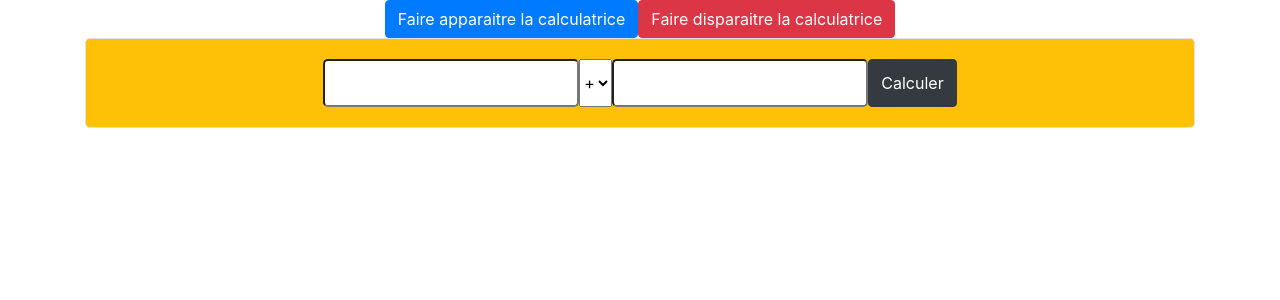
Repository: julieLyM/calculatrice
Page: calculatrice.html
The author's editor kept a copy of each file at every save. The page is drawn from the files as they stood at one save, then again after the next save.
The browser window is 1280 px wide. The pictures show the whole page.

Above is the page before, as saved 2020-12-08 15:18:09.

### calculatrice.html
<!DOCTYPE html>
<html lang="fr">
  <head>
    <meta charset="UTF-8">
    <meta name="viewport" content="width=device-width, initial-scale=1.0">
		<link rel="stylesheet" href="https://cdn.jsdelivr.net/npm/bootstrap@4.5.3/dist/css/bootstrap.min.css" integrity="sha384-TX8t27EcRE3e/ihU7zmQxVncDAy5uIKz4rEkgIXeMed4M0jlfIDPvg6uqKI2xXr2" crossorigin="anonymous">

    <title>exercice calculatrice</title>
  </head>
  <body>
    <div class="container-fluid">
      <div class="container">

        <div class="row justify-content-center" style="margin: 0 auto; text-align:center">
            <button class="btn btn-primary" id="appear" >Faire apparaitre la calculatrice </button>
            <button class="btn btn-danger" id="disapear">Faire disparaitre la calculatrice</button>
        </div>


        <div class="row justify-content-center border bg-warning w-100 rounded-lg" id="blocCal"  style="padding: 20px;margin: 0px auto; text-align:center">

          <input type="text" class="rounded-lg" value="" id="nombre1">

          <select name="calcul" id="operateur">
            <option>+</option>
            <option>-</option>
            <option>*</option>
            <option>/</option>
          </select>

          <input type="text" class="rounded-lg" value="" id="nombre2">
          <br>
          <br>
          <button type="button" class="btn btn-dark" id="calculer">Calculer</button>
          <br>

          <br>
    </div>
    <div class="row">
      <div id="message" class="w-100"></div>
    </div>
  </div>
</div>
    <!--APPEL JQUERY-->
		<script src="https://code.jquery.com/jquery-3.5.1.min.js" integrity="sha256-9/aliU8dGd2tb6OSsuzixeV4y/faTqgFtohetphbbj0=" crossorigin="anonymous"></script>
		<script src="https://cdn.jsdelivr.net/npm/bootstrap@4.5.3/dist/js/bootstrap.bundle.min.js" integrity="sha384-ho+j7jyWK8fNQe+A12Hb8AhRq26LrZ/JpcUGGOn+Y7RsweNrtN/tE3MoK7ZeZDyx" crossorigin="anonymous"></script>
    <!--NOTRE CODE JS-->
    <script src="calculatrice.js"></script>
  </body>
</html>

### calculatrice.js
//Etapes :
// --------
// - faire une page html
// - créer deux input type text avec deux id différent pour la saisie des valeurs
// - créer un select avec un id pour proposer les différents opérateurs. (+-*/    ** %)
// - créer un bouton avec un id pour lancer le calcul (button, span)

// Avec js :
// ---------
// - lors du click  sur le bouton (evenement) :
// - récupérer les deux saisies des champs text et l'opérateur selectionné

// - il peut être important de passer les saisies dans un parseFloat() pour les transformer en type number
// - declencher le calcul des saisies selon  l'opérateur avec un if qui va tester l'opérateur pour déclencher l'opération.
// - afficher l'opération avec le résultat.

// Pour aller plus loin :
// ----------------------
// - essayer de donner la possibilité de faire apparaitre ou disparaitre la calculatrice

$(document).ready(function () {
  $('#appear').on('click', function () {
    $('#blocCal').slideDown(1000);
  });

  // Cacher la  calculatrice :
  $('#disapear').on('click', function () {
    $('#blocCal').slideUp(1000);
  });

  $('#calculer').on('click', function () {
    var value1 = $('#nombre1').val();
    var signe = $('#operateur').val();
    var value2 = $('#nombre2').val();

    value1 = parseFloat(value1);
    value2 = parseFloat(value2);
    var resultat = '';

    if (signe == '+') {
      resultat = $('#message').html(
        '<div style="background-color: pink;color: yellow; text-align: center;font-size:26px; padding:20px">Résultat addition: ' +
          value1 +
          signe +
          value2 +
          ' = ' +
          (value1 + value2) +
          '</div>'
      );
    } else if (signe == '-') {
      resultat = resultat = $('#message').html(
        '<div style="background-color: pink;color: blue; text-align: center;font-size:26px; padding:20px">Résultat soustration: ' +
          value1 +
          signe +
          value2 +
          ' = ' +
          (value1 - value2) +
          '</div>'
      );
    } else if (signe == '*') {
      resultat = resultat = $('#message').html(
        '<div style="background-color: pink;color: purple; text-align: center;font-size:26px; padding:20px">Résultat multiplication: ' +
          value1 +
          signe +
          value2 +
          ' = ' +
          value1 * value2 +
          '</div>'
      );
    } else if (signe == '/') {
      resultat = resultat = $('#message').html(
        '<div style="background-color: pink;color: green; text-align: center;font-size:26px; padding:20px">Résultat division: ' +
          value1 +
          signe +
          value2 +
          ' = ' +
          value1 / value2 +
          '</div>'
      );
    }
  });

  $('#nombre1, #nombre2').on('mouseover', function () {
    $('#message').html(
      `<div style="background-color: pink;color: red; padding:20px">Saisir un chiffre</div>`
    );
  });

  $('#nombre1, #nombre2').on('mouseout', function () {
    $('#message').html('');
  });

  $('#operateur').on('mouseover', function () {
    $('#message').html(
      `<div style="background-color: pink;color: red; padding:20px">Saisir un opérateur + - / *</div>`
    );
  });
  $('#operateur').on('mouseout', function () {
    $('#message').html('');
  });
});

After the next save:
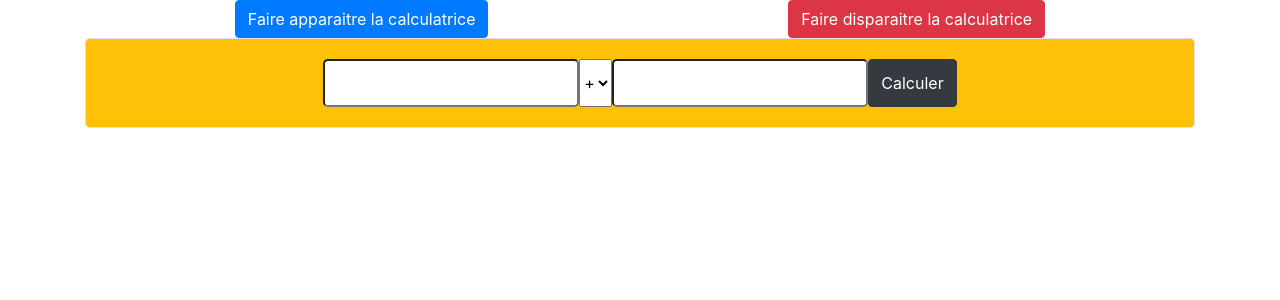
Saved 19 s later.
--- a/calculatrice.html
+++ b/calculatrice.html
@@ -11,7 +11,7 @@
     <div class="container-fluid">
       <div class="container">
 
-        <div class="row justify-content-center" style="margin: 0 auto; text-align:center">
+        <div class="row justify-content-around" style="margin: 0 auto; text-align:center">
             <button class="btn btn-primary" id="appear" >Faire apparaitre la calculatrice </button>
             <button class="btn btn-danger" id="disapear">Faire disparaitre la calculatrice</button>
         </div>
